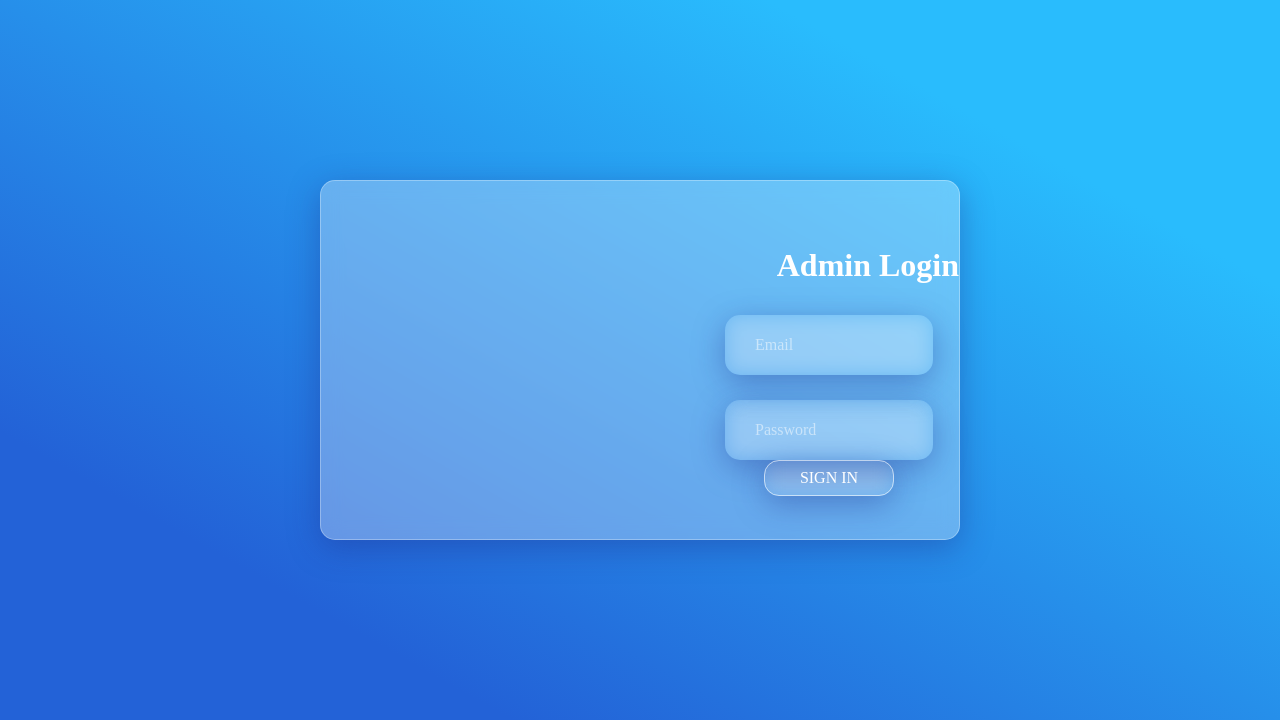
Repository: LEEYONGJUN3068/cms
Page: /login
These files come from the project's save history. The page is drawn as it stood at one moment and after the next save; the edit follows.
The browser window is 1280 px wide. The pictures show the whole page.
The page's requests for data from a server got no answer. The project was rebuilt for these pictures with package versions that can differ from the ones it lists, and the page was loaded fresh each time. The framework's server and built-in components were replaced by stand-ins that run in the browser. No one was signed in, and anything a server would have sent is missing. Also part of the build but not shown: next.config.mjs.

Above is the page before, as saved 2025-09-23 15:22:19.

After the next save:
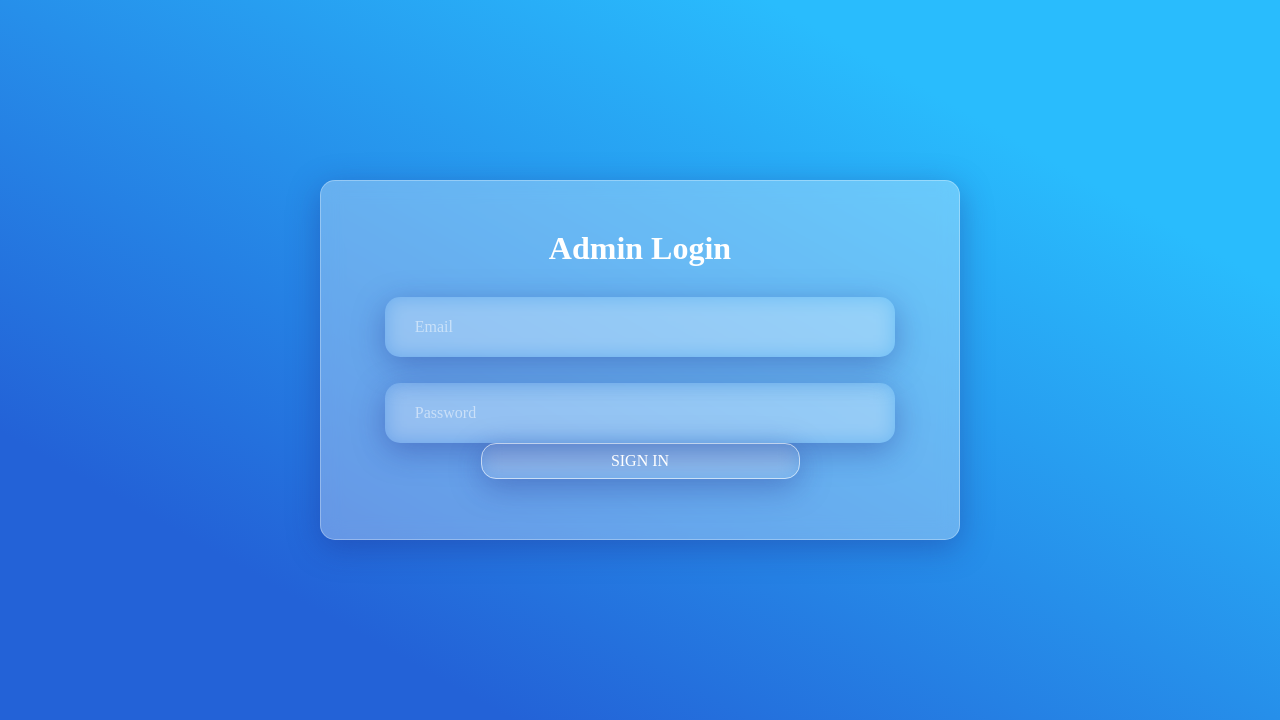
Saved 6 s later.
--- a/src/app/login/login.module.scss
+++ b/src/app/login/login.module.scss
@@ -22,7 +22,7 @@
         color: white;
         display: flex;
         flex-direction: column;
-        align-items: end;
+        justify-content: end;
 
         h2{
             position: relative;
